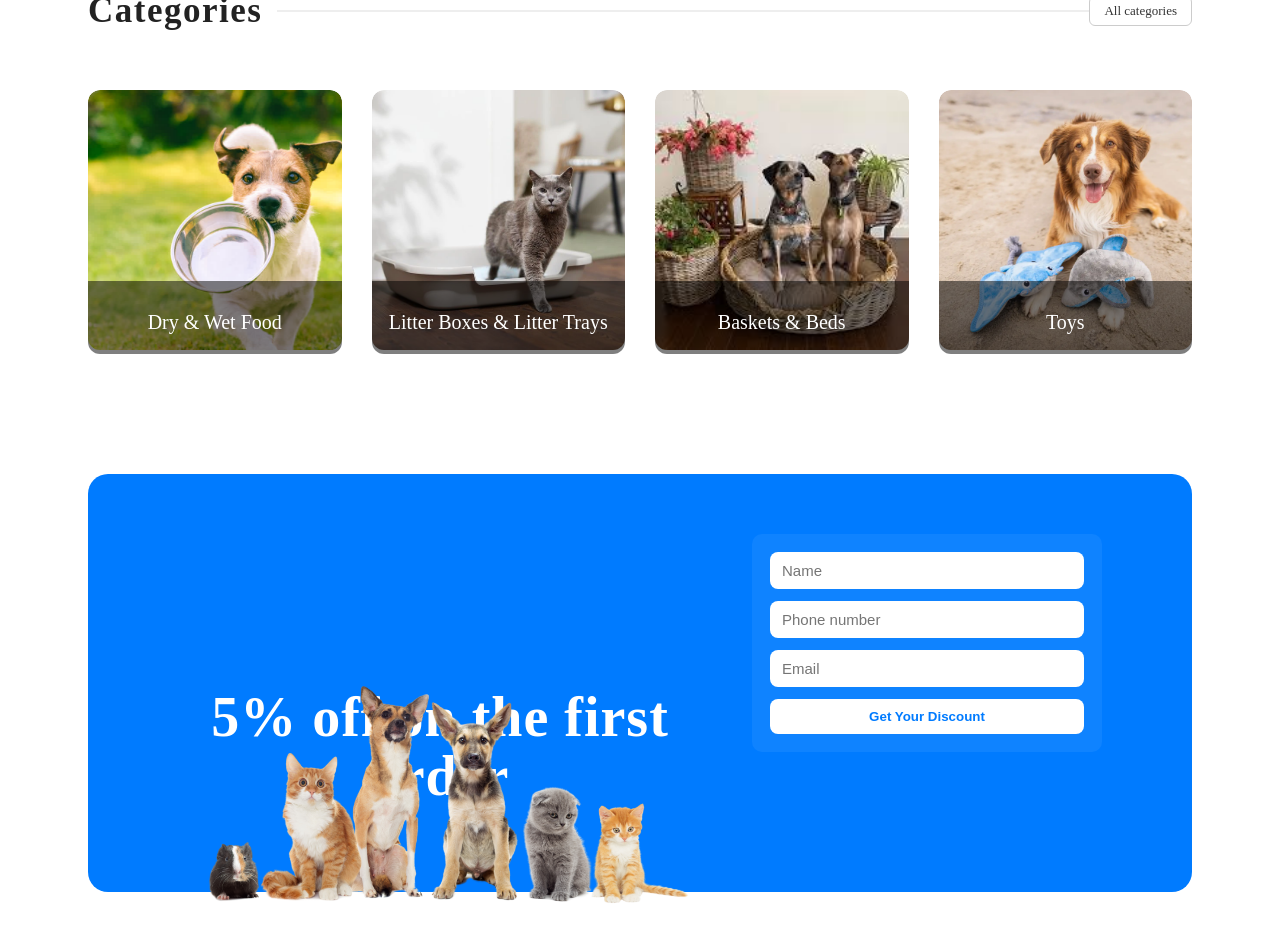
Repository: JuliiaJuliia/pet-shop-frontend
Page: / (app in pet-shop-frontend/)
The author's editor kept a copy of each file at every save. The page is drawn from the files as they stood at one save, then again after the next save.
The browser window is 1280 px wide. The pictures show the part of the page from y = 693 to 1645 px (the page is 1645 px tall).
The project was rebuilt for these pictures with package versions that can differ from the ones it lists, and the page was loaded fresh each time. Also part of the build but not shown: pet-shop-frontend/vite.config.js, pet-shop-frontend/src/pages/CheckoutPage.jsx, pet-shop-frontend/src/api/axios.js, pet-shop-frontend/src/components/ProductList.jsx.

Above is the page before, as saved 2025-11-06 14:59:21.

After the next save:
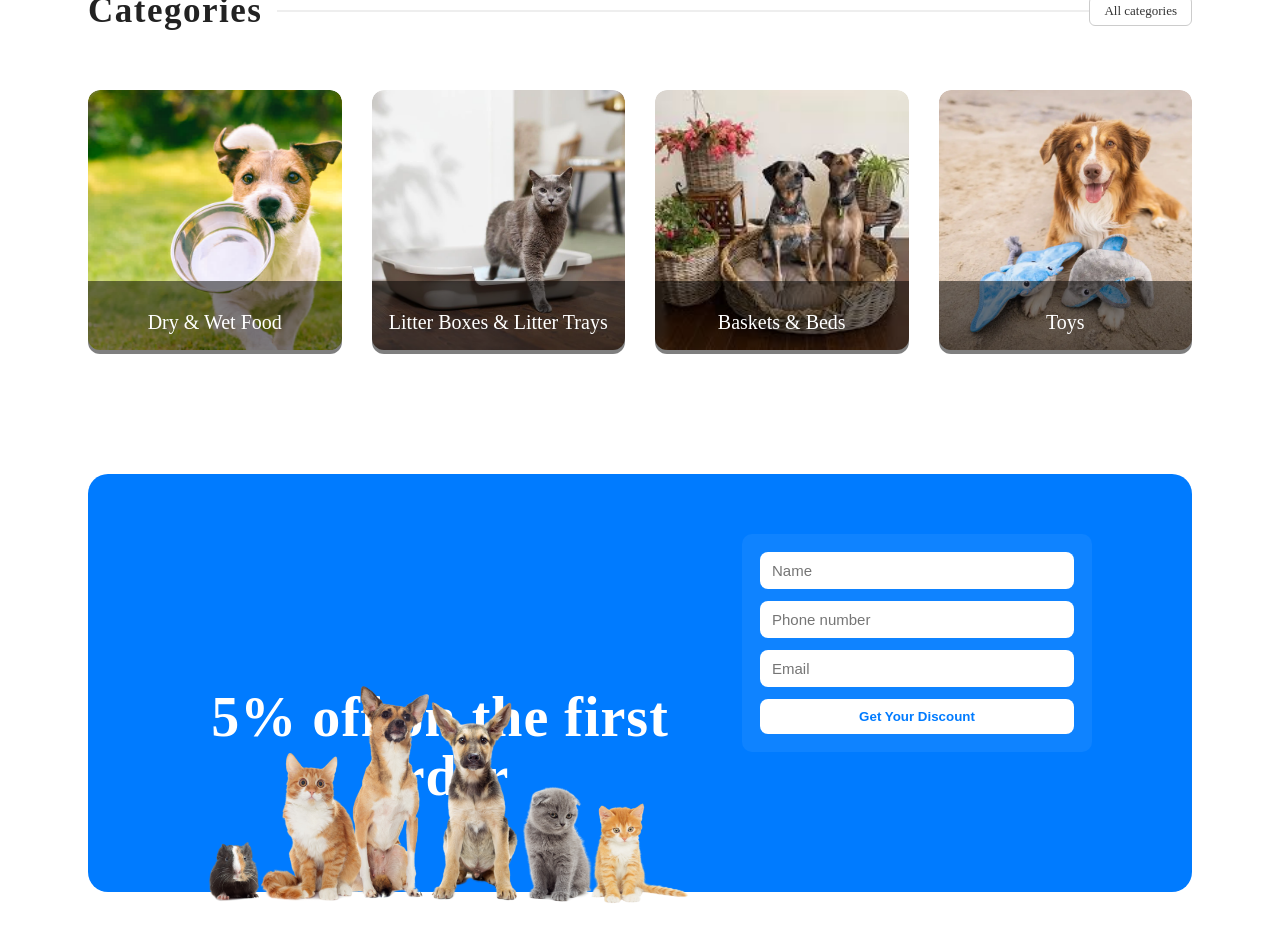
Saved 6 s later.
--- a/pet-shop-frontend/src/components/DiscountBanner.css
+++ b/pet-shop-frontend/src/components/DiscountBanner.css
@@ -61,7 +61,7 @@
   /* права частина — форма (по центру вертикалі блоку) */
   .discount-banner__form {
     flex: 0 0 350px;
-    right: 10px;
+    right: 20px;
     display: flex;
     align-items: center;
     justify-content: center;
